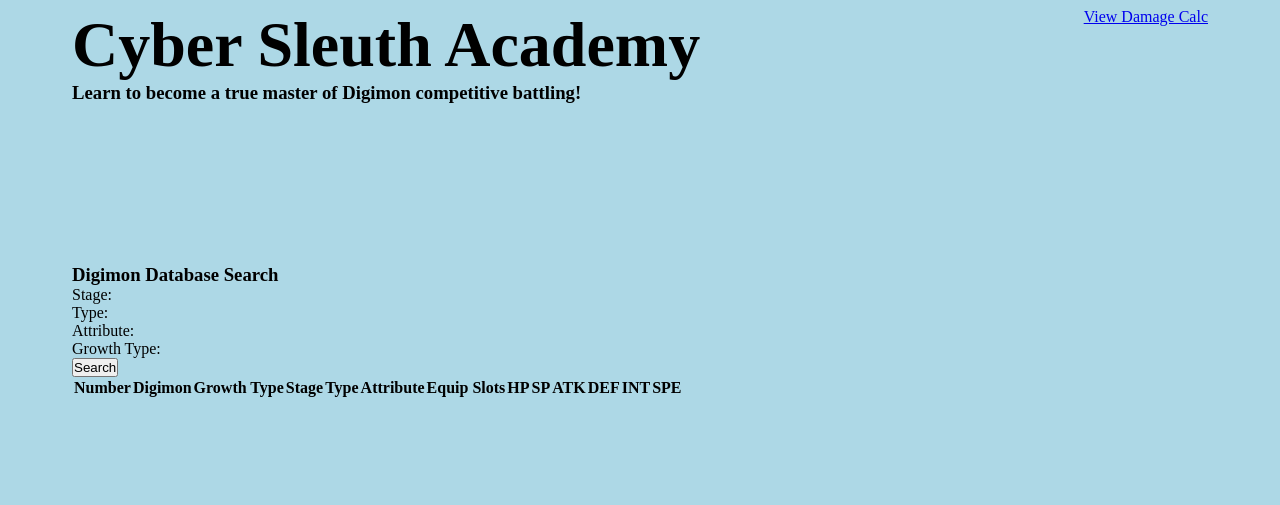
Repository: KTaylor264/Bootcamp-Solo-Project
Page: http://localhost/cyber-sleuth-academy/WEB-INF/index.jsp
These files come from the project's save history. The page is drawn as it stood at one moment and after the next save; the edit follows.
The browser window is 1280 px wide. The pictures show the whole page.
The page is served by Tomcat 9. Nobody is signed in. Other server files are loaded and not shown. The template is opened directly, without the code that normally fills it, so the values that code supplies are empty.

Above is the page before, as saved 2023-03-19 01:51:49.

### cyber-sleuth-academy/src/main/webapp/WEB-INF/index.jsp
<%@ page language="java" contentType="text/html; charset=ISO-8859-1"
    pageEncoding="ISO-8859-1"%>
<%@ taglib prefix="c" uri="http://java.sun.com/jsp/jstl/core" %>
<!DOCTYPE html>
<html>
<head>
<meta charset="ISO-8859-1">
<link rel="stylesheet" href="/css/main.css"/>
<title>Cyber Sleuth Academy</title>
</head>
<body>
	<div class="container">
		<div class="top-header">
			<div>
				<h1 class="big-header">Cyber Sleuth Academy</h1>
				<h3>Learn to become a true master of Digimon competitive battling!</h3>
			</div>
			<div>
				<a href="${pageContext.servletContext.contextPath}/hmcalc/">View Damage Calc</a>
			</div>
		</div>
		<div class="">

		</div>
		<div class="">
			<h3>Digimon Database Search</h3>
			<div>
				<label>Stage: </label>
				<c:forEach var="stage" items="${stages}">
					<label><input type="checkbox" name="${stage.stageName}"><c:out value="${stage.stageName}"/></label>
				</c:forEach>
			</div>
			<div>
				<label>Type: </label>
				<c:forEach var="type" items="${types}">
					<label><input type="checkbox" name="${type.typeName}"><c:out value="${type.typeName}"/></label>
				</c:forEach>
			</div>
			<div>
				<label>Attribute: </label>
				<c:forEach var="attribute" items="${attributes}">
					<label><input type="checkbox" name="${attribute.attributeName}"><c:out value="${attribute.attributeName}"/></label>
				</c:forEach>
			</div>
			<div>
				<label>Growth Type: </label>
				<c:forEach var="growthType" items="${growthTypes}">
					<label><input type="checkbox" name="${growthType.growthTypeName}"><c:out value="${growthType.growthTypeName}"/></label>
				</c:forEach>
			</div>
			<input type="button" value="Search">
			<div>
				<table class="">
					<tr>
						<th>Number</th>
						<th>Digimon</th>
						<th>Growth Type</th>
						<th>Stage</th>
						<th>Type</th>
						<th>Attribute</th>
						<th>Equip Slots</th>
						<th>HP</th>
						<th>SP</th>
						<th>ATK</th>
						<th>DEF</th>
						<th>INT</th>
						<th>SPE</th>
					</tr>
					<c:forEach var="digimon" items="${digimons}">
						<tr>
							<td><c:out value="${digimon.id}"/></td>
							<td><c:out value="${digimon.diginame}"/></td>
							<td><c:out value="${digimon.growthType.growthTypeName}"/></td>
							<td><c:out value="${digimon.stage.stageName}"/></td>
							<td><c:out value="${digimon.type.typeName}"/></td>
							<td><c:out value="${digimon.attribute.attributeName}"/></td>
							<td><c:out value="${digimon.items}"/></td>
							<td><c:out value="${digimon.hp_stat}"/></td>
							<td><c:out value="${digimon.sp_stat}"/></td>
							<td><c:out value="${digimon.atk_stat}"/></td>
							<td><c:out value="${digimon.def_stat}"/></td>
							<td><c:out value="${digimon.int_stat}"/></td>
							<td><c:out value="${digimon.spd_stat}"/></td>
						</tr>
					</c:forEach>
				</table>
			</div>
		</div>
	</div>
   	 <script src="js/home-script.js"></script>
</body>
</html>

### cyber-sleuth-academy/src/main/resources/static/css/main.css
@charset "ISO-8859-1";

* {
	margin: 0;
	padding: 0;
}

html {
	background-color: lightblue;
}

body {
	min-height: 100vh;
}

.container {
	margin: 0 4em;
	padding: 0.5em;
}

.top-header {
	display: flex;
	justify-content: space-between;
	margin-bottom: 10em;
}

.big-header {
	font-size: 4em;
}

.sort-table {
	height: 10em;
	overflow: scroll;
}

Loaded but not shown: cyber-sleuth-academy/src/main/resources/static/js/home-script.js (common file)

After the next save:
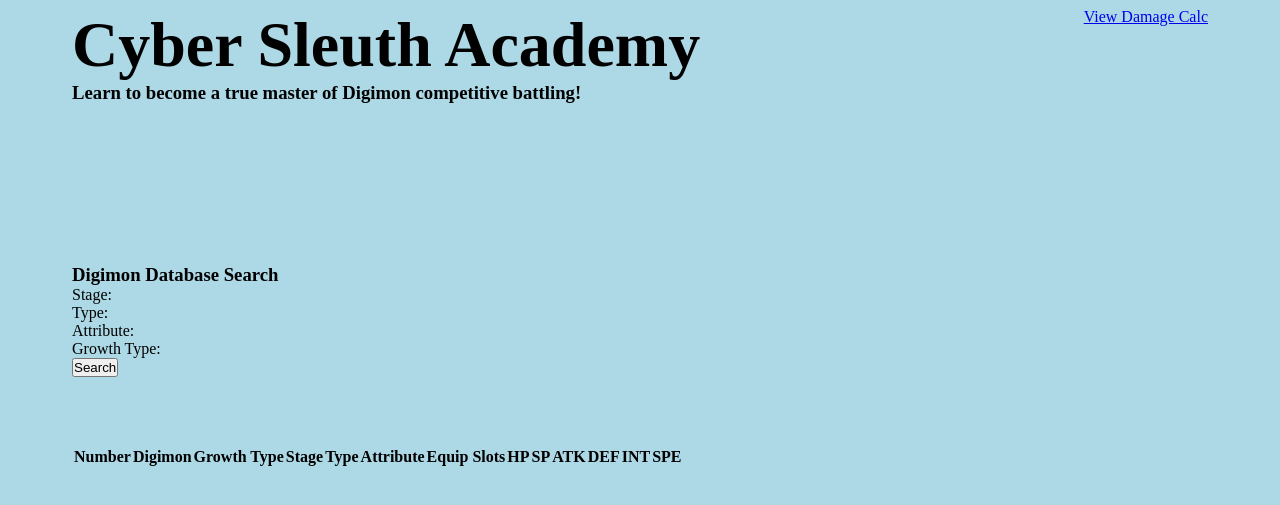
Saved 9 s later.
--- a/cyber-sleuth-academy/src/main/webapp/WEB-INF/index.jsp
+++ b/cyber-sleuth-academy/src/main/webapp/WEB-INF/index.jsp
@@ -50,7 +50,7 @@
 			</div>
 			<input type="button" value="Search">
 			<div>
-				<table class="">
+				<table class="sort-table">
 					<tr>
 						<th>Number</th>
 						<th>Digimon</th>
